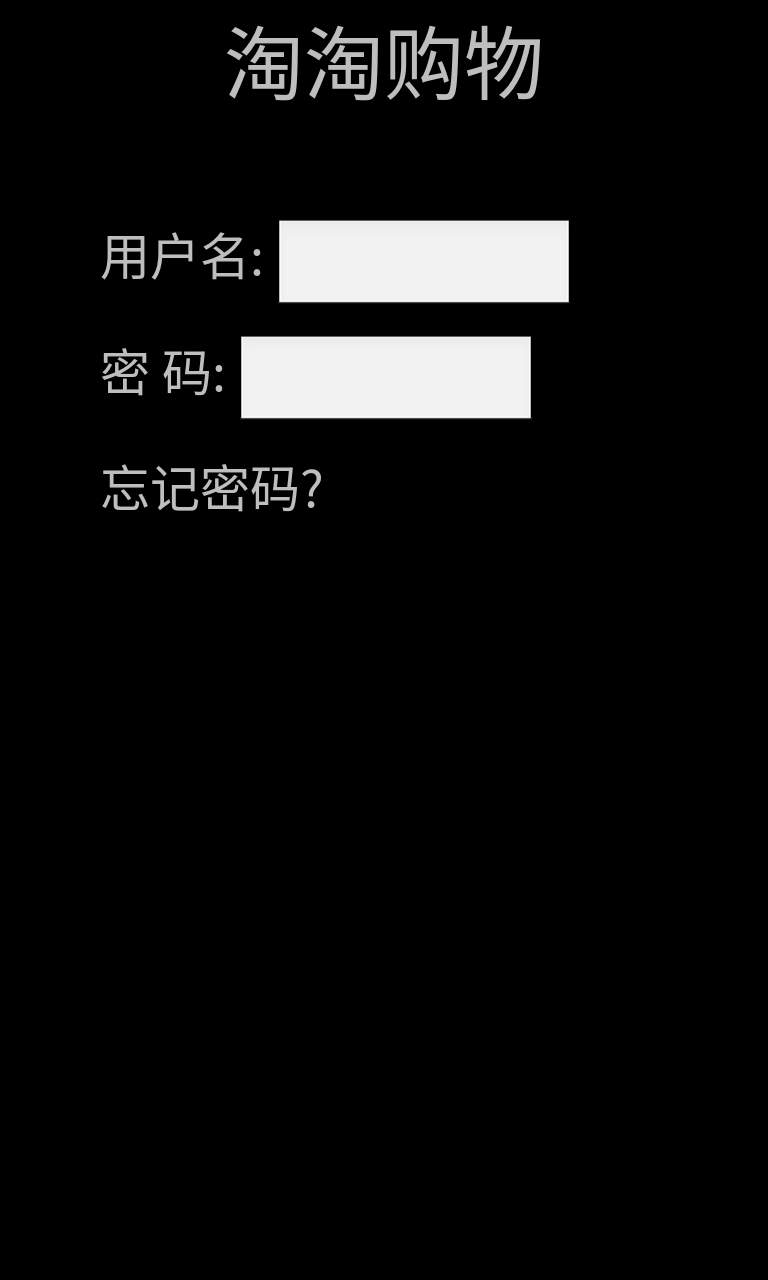
Repository: jcyfkimi/Android-TaoTao
Layout: TaoTao/res/layout/login.xml
These files come from the project's save history. The layout is drawn as it stood at one moment and after the next save; the edit follows.
It is drawn on a 768 x 1280 px phone screen (xhdpi) without system bars, with theme android:Theme; the app's code is not run.

Above is the layout before, as saved 2011-09-13 06:21:26.

After the next save:
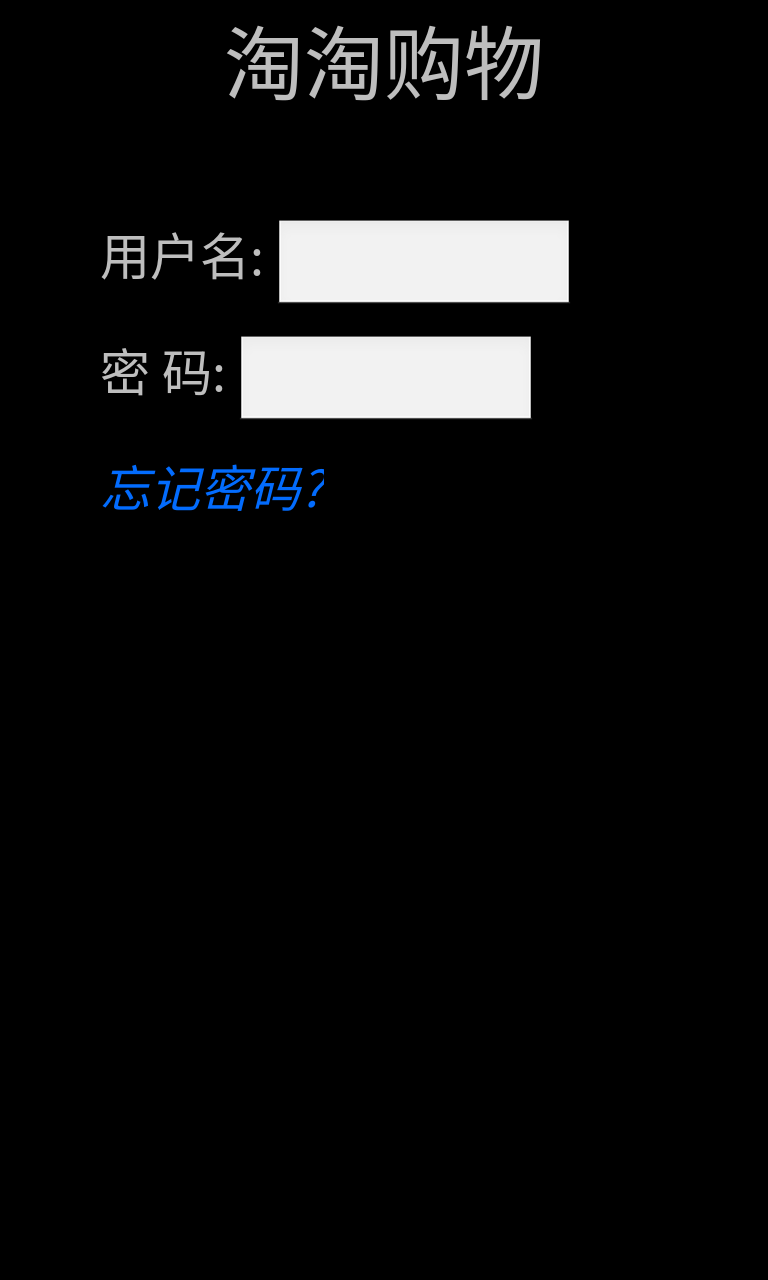
Saved 116 s later.
--- a/TaoTao/res/layout/login.xml
+++ b/TaoTao/res/layout/login.xml
@@ -57,7 +57,9 @@
 	    	android:layout_marginLeft="50dip"
 	    	android:layout_marginTop="10dip"
 	    	android:text="@string/forgetpass"
-	    	android:textSize="25dip"/>
+	    	android:textSize="25dip"
+	    	android:textStyle="italic"
+	    	android:textColor="#036CFE"/>
 
 	    </LinearLayout>
 </LinearLayout>
